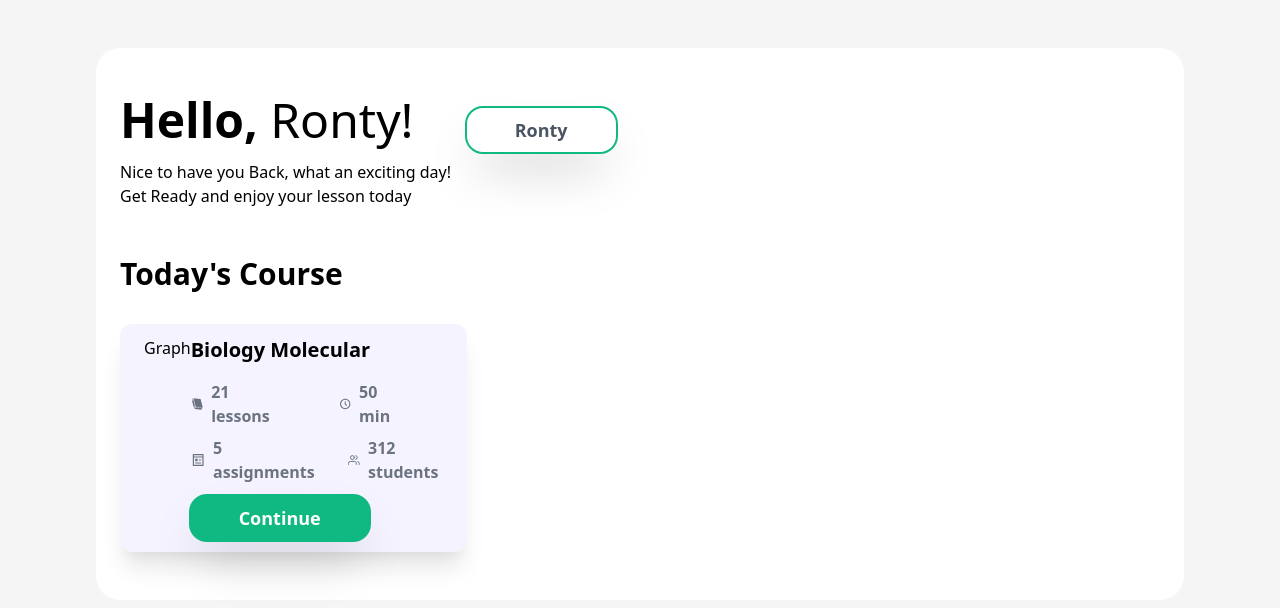
Repository: coolronts/Vite-Tailwind
Page: /
An editor plug-in stored every save of this project. The page is shown before and after the next save, followed by the edit.
The browser window is 1280 px wide. The pictures show the whole page.
The project was rebuilt for these pictures with package versions that can differ from the ones it lists, and the page was loaded fresh each time. Also part of the build but not shown: vite.config.js.

Above is the page before, as saved 2021-11-26 07:48:14.

### src/App.jsx
import './App.css'

import {Course, Intro} from './Section'
import { PrimaryButton, SecondaryButton } from './components/Button'

import {PrimaryCard} from './components/Card'
import SplitScreen from './components/SplitScreen'
import { useState } from 'react'

function App() {

  return (
    <div className="App bg-white my-12 mx-24 rounded-3xl px-6 py-12">
      <SplitScreen leftWeight = 'w-1/3'>
        <div id="left">
          <Intro/>
          <div id="course">
            <p className="text-3xl font-bold  font-sans mb-8">Today's Course</p>
            <PrimaryCard>
              <Course/>
            </PrimaryCard>
          </div>

        </div>

        <div id="right">
          <SecondaryButton name="Ronty"/>
        </div>


      </SplitScreen>
    </div>
  )
}

export default App

### src/Section/index.js
import Course from "./Course";
import Intro from "./Intro";

export { Intro, Course };

### src/components/Button/index.jsx
import React from 'react'

export const PrimaryButton = ({name}) =>{
  return (
    <button className="bg-green-500 px-12 py-2 ring-2 ring-green-500 text-white text-lg font-semibold shadow-2xl rounded-2xl mt-3">
      {name}
    </button>
  )
}

export const SecondaryButton = ({name}) =>{
  return (
    <button className="bg-white px-12 py-2 ring-2 ring-green-500 text-gray-600 text-lg font-semibold shadow-2xl rounded-2xl mt-3">
      {name}
    </button>
  )
}

### src/components/Card/index.jsx
import React from 'react'

export const PrimaryCard =({children})=> {
  return (
    <div className="bg-purple-50 py-3 px-6  rounded-xl shadow-xl">
      {children}
    </div>
  )
}

### src/components/SplitScreen/index.jsx
import PropTypes from 'prop-types'
import React from "react"
import tw from "tailwind-styled-components"

const Container = tw.div`${(props) => props.weight}`;

const Pane = tw.div`${(props) => props.weight}`;

const SplitScreen = ({
	children,
	containerWeight = 'flex w-full',
  leftWeight = 'w-1/2',
	rightWeight = 'w-1/2',
}) => {
	const [left, right] = children;
	return (
		<Container className={containerWeight}>
			<Pane className={leftWeight}>
				{left}
			</Pane>
			<Pane className={rightWeight}>
				{right}
			</Pane>
		</Container>
	);
}

export default SplitScreen

SplitScreen.propTypes = {
	children: PropTypes.arrayOf(PropTypes.node).isRequired,
	containerWeight: PropTypes.string,
	leftWeight: PropTypes.string,
	rightWeight: PropTypes.string,
}

### src/Section/Course/index.jsx
import {BiTimeFive} from 'react-icons/bi'
import {FiUsers} from 'react-icons/fi'
import { GiWhiteBook } from 'react-icons/gi'
import {PrimaryButton} from '../../components/Button'
import React from 'react'
import { RiPagesLine } from 'react-icons/ri'
import SplitScreen from '../../components/SplitScreen'

export default function Course() {
  return (
    <SplitScreen leftWeight = 'w-1/5' rightWeight = 'w-full'>
      <div id="left">
        Graph
      </div>
      <div id="right">
        <h4 className="font-bold text-xl mb-4">Biology Molecular</h4>
        <div className="flex flex-col w-5/6">
          <div className="flex  text-gray-500 font-semibold mb-2">
            <p className="flex items-center mr-16"> <GiWhiteBook className="mr-2"/>  21 lessons</p>
            <p className="flex items-center"> <BiTimeFive className="mr-2"/>  50 min</p>
          </div>
          <div className="flex  text-gray-500 font-semibold text-left">
            <p className="flex items-center mr-8"> <RiPagesLine className="mr-2"/>  5 assignments</p>
            <p className="flex items-center"> <FiUsers className="mr-2"/>  312 students</p>
          </div>
        </div>
        <div className="flex">
          <PrimaryButton name="Continue"/>
        </div>
      </div>
    </SplitScreen>
  )
}

### src/Section/Intro/index.jsx
import React from 'react'

export default function Intro({name}) {
  return (
    <div className="mb-12">
      <h3 className="text-5xl font-sans font-bold mb-4">Hello, <span className="font-light">Ronty!</span> </h3>
      <div className="font-semibold tracking-wide text-gray-500">

      </div>
      <h5>Nice to have you Back, what an exciting day!</h5>
      <h5>Get Ready and enjoy your lesson today</h5>
    </div>
  )
}

Loaded but not shown: index.html (common file); src/main.jsx (common file); src/index.css (common file); src/App.css (common file); tailwind.config.js (common file)

After the next save:
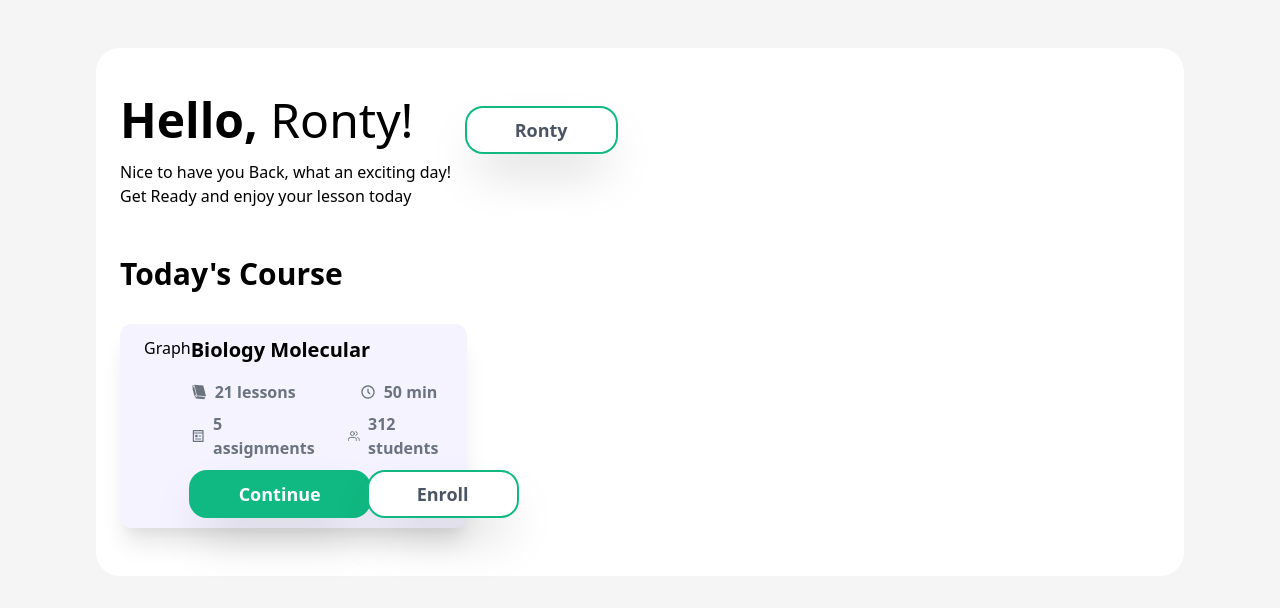
Saved 31 s later.
--- a/src/Section/Course/index.jsx
+++ b/src/Section/Course/index.jsx
@@ -1,7 +1,8 @@
+import {PrimaryButton, SecondaryButton} from '../../components/Button'
+
 import {BiTimeFive} from 'react-icons/bi'
 import {FiUsers} from 'react-icons/fi'
 import { GiWhiteBook } from 'react-icons/gi'
-import {PrimaryButton} from '../../components/Button'
 import React from 'react'
 import { RiPagesLine } from 'react-icons/ri'
 import SplitScreen from '../../components/SplitScreen'
@@ -25,7 +26,8 @@ export default function Course() {
           </div>
         </div>
         <div className="flex">
-          <PrimaryButton name="Continue"/>
+          <PrimaryButton name="Continue" />
+          <SecondaryButton name="Enroll" />
         </div>
       </div>
     </SplitScreen>
